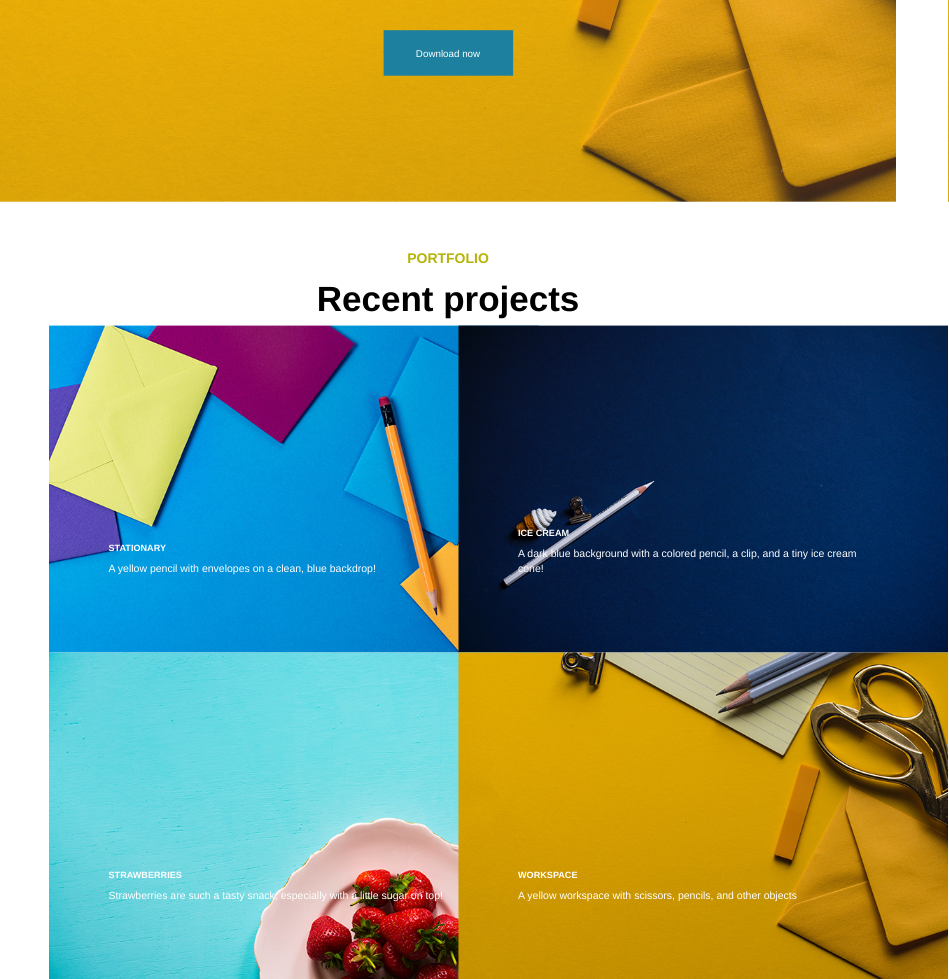
Repository: codin-full-stack/tomasz
Page: http://localhost/tomasz/portfolio/index.php
The author's editor kept a copy of each file at every save. The page is drawn from the files as they stood at one save, then again after the next save.
The browser window is 1280 px wide. The page is 1355 px wide, so the pictures cover 1355 px, including what lies to the right of the window. The pictures show the part of the page from y = 2143 to 3983 px (the page is 3542 px tall before and 3983 px after), at 70% of full size.
Some web libraries are served in a nearby version. The page is run by PHP 8.4 with error messages shown; the project is at /var/www/html/.

Above is the page before, as saved 2018-10-23 09:19:04.

After the next save:
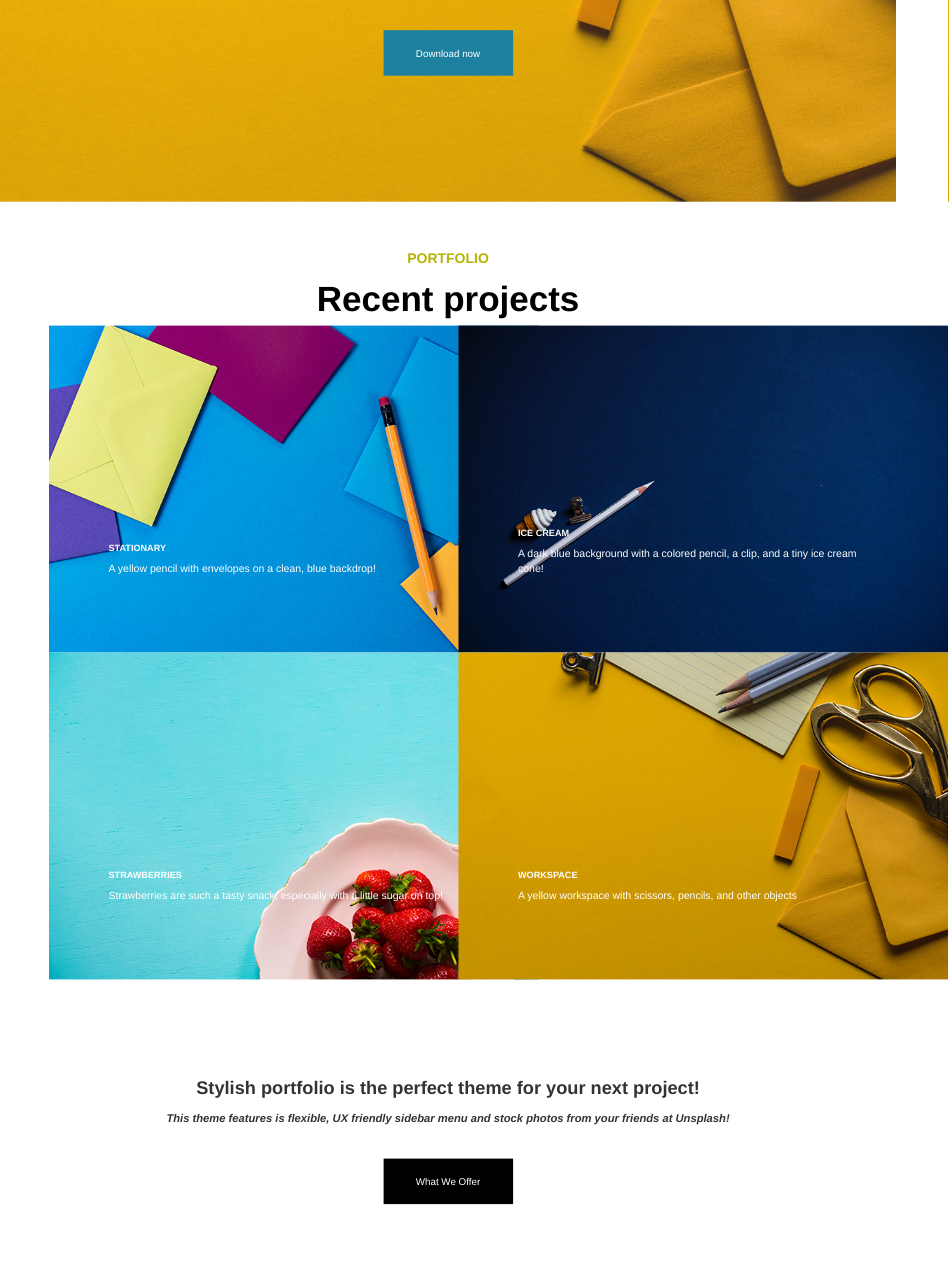
Saved 45 s later.
--- a/portfolio/index.php
+++ b/portfolio/index.php
@@ -117,6 +117,16 @@
     </section>
 
 
+    <section class="second">
+      <div class="container-fluid flex">
+        <div class="textbox2">
+          <h1 class="maintext2">Stylish portfolio is the perfect theme for your next project!</h1>
+          <h2 class="secondtext2"><i>This theme features is flexible, UX friendly sidebar menu and stock photos from your friends at Unsplash!</i></h2>
+          <button class="button2">What We Offer</button>
+        </div>
+      </div>
+    </section>
+
 
 
 
